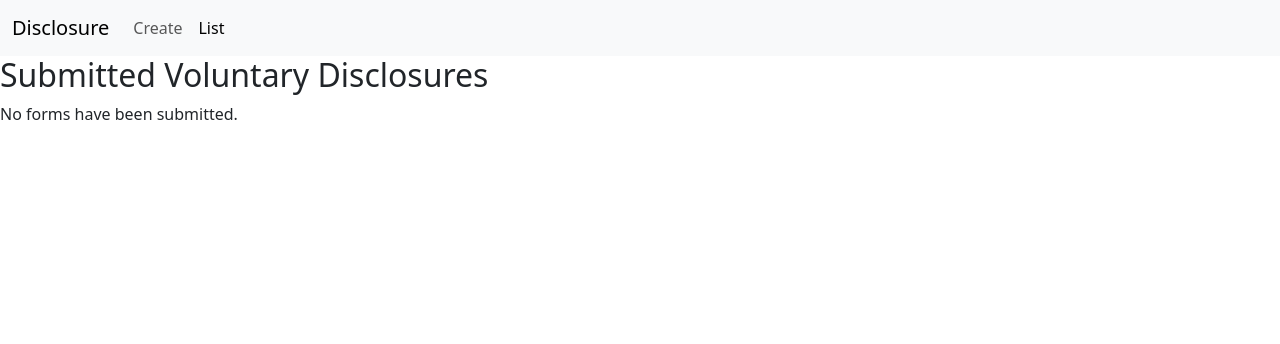
Repository: NtuthukoM/VoluntaryDisclosure
Page: /list (app in disclosures-client/)
The author's editor kept a copy of each file at every save. The page is drawn from the files as they stood at one save, then again after a run of saves.
The browser window is 1280 px wide. The pictures show the whole page.
The page's requests for data from a server got no answer. The project was rebuilt for these pictures with package versions that can differ from the ones it lists, and the page was loaded fresh each time. No one was signed in, and anything a server would have sent is missing. Also part of the build but not shown: disclosures-client/src/pages/CreateDisclosure.js, disclosures-client/src/pages/DisclosureDetails.js, disclosures-client/src/pages/DisclosureSubmitted.js.

Above is the page before, as saved 2023-05-30 20:57:56.

### disclosures-client/public/index.html
<!DOCTYPE html>
<html lang="en">
  <head>
    <meta charset="utf-8" />

    <meta name="viewport" content="width=device-width, initial-scale=1" />
    <meta name="theme-color" content="#000000" />
    <meta
      name="description"
      content="Web site created using create-react-app"
    />
    <link rel="apple-touch-icon" href="%PUBLIC_URL%/logo192.png" />
    <!--
      manifest.json provides metadata used when your web app is installed on a
      user's mobile device or desktop. See https://developers.google.com/web/fundamentals/web-app-manifest/
    -->
    <link rel="manifest" href="%PUBLIC_URL%/manifest.json" />
    <!--
      Notice the use of %PUBLIC_URL% in the tags above.
      It will be replaced with the URL of the `public` folder during the build.
      Only files inside the `public` folder can be referenced from the HTML.

      Unlike "/favicon.ico" or "favicon.ico", "%PUBLIC_URL%/favicon.ico" will
      work correctly both with client-side routing and a non-root public URL.
      Learn how to configure a non-root public URL by running `npm run build`.
    -->
    <title>React App</title>
  </head>
  <body>
    <noscript>You need to enable JavaScript to run this app.</noscript>
    <div id="root"></div>
    <!--
      This HTML file is a template.
      If you open it directly in the browser, you will see an empty page.

      You can add webfonts, meta tags, or analytics to this file.
      The build step will place the bundled scripts into the <body> tag.

      To begin the development, run `npm start` or `yarn start`.
      To create a production bundle, use `npm run build` or `yarn build`.
    -->
  </body>
</html>

### disclosures-client/src/index.js
import React from 'react';
import ReactDOM from 'react-dom/client';
import './bootstrap.css';
// import './index.css';
import App from './App';
import reportWebVitals from './reportWebVitals';

const root = ReactDOM.createRoot(document.getElementById('root'));
root.render(
  <React.StrictMode>
    <App />
  </React.StrictMode>
);

// If you want to start measuring performance in your app, pass a function
// to log results (for example: reportWebVitals(console.log))
// or send to an analytics endpoint. Learn more: https://bit.ly/CRA-vitals
reportWebVitals();

### disclosures-client/src/App.js
import logo from './logo.svg';
import {CreateDisclosures} from './pages/CreateDisclosure';
import {ListDisclosures} from './pages/ListDisclosures';
import {DisclosureDetails} from './pages/DisclosureDetails';
import {DisclosureSubmitted} from './pages/DisclosureSubmitted';
import { BrowserRouter, Routes, Route } from "react-router-dom";
import './App.css';

function App() {
  return (

      <BrowserRouter>
        <Routes>
          <Route path="/" element={<CreateDisclosures/>} />
          <Route path="/list" element={<ListDisclosures/>} />
          <Route path="/submitted" element={<DisclosureSubmitted/>} />
          <Route path="/details/:id" element={<DisclosureDetails/>} />
        </Routes>
      </BrowserRouter>
  );
}

export default App;

### disclosures-client/src/pages/ListDisclosures.js
import { useState, useEffect } from "react";
import { discloseUrl} from '../models/models';
import { Nav} from '../components/nav';
import {NavLink} from "react-router-dom"

export function ListDisclosures(){

    const [disclosures, setDisclosures] = useState([]);
    useEffect(() => {
        fetch(discloseUrl).then(x => x.json())
        .then(setDisclosures)
        .catch(exc => console.log(exc));
    }, []);
    return (
        <>
            <Nav/>
            <h2>Submitted Voluntary Disclosures</h2>
            {disclosures.length == 0 &&
                <p>No forms have been submitted.</p>
            }
            {disclosures.length > 0 && (
                <>
                <input type="text" placeholder="Search" /> <button className="btn btn-success" type="button">Go</button>
                <table className="table  table-success table-striped">
                    <thead>
                        <tr>
                            <th>Name</th>
                            <th>Email</th>
                            <th>Date submitted</th>
                            <th></th>
                        </tr>
                    </thead>
                    <tbody>
                        {disclosures.map(x => (
                        <tr key={x.id}>
                            <td>{x.fullName}</td>
                            <td>{x.email}</td>
                            <td>{x.createDate.split('T')[0]}</td>
                            <td>
                                <NavLink to={`/details/${x.id}`}>details</NavLink>
                            </td>
                        </tr>))}
                    </tbody>
                </table>
                </>
            )}
        </>
    );
}

### disclosures-client/src/App.css
.App {
  text-align: center;
}

.active {
  color: gray;
  text-decoration: none;
  cursor: default;
}

label {
  color: cadetblue;
}

.App-logo {
  height: 40vmin;
  pointer-events: none;
}

@media (prefers-reduced-motion: no-preference) {
  .App-logo {
    animation: App-logo-spin infinite 20s linear;
  }
}

.App-header {
  background-color: #282c34;
  min-height: 100vh;
  display: flex;
  flex-direction: column;
  align-items: center;
  justify-content: center;
  font-size: calc(10px + 2vmin);
  color: white;
}

.App-link {
  color: #61dafb;
}

@keyframes App-logo-spin {
  from {
    transform: rotate(0deg);
  }
  to {
    transform: rotate(360deg);
  }
}

### disclosures-client/src/models/models.js
export const discloseUrl = 'https://localhost:7163/api/Disclosures';

### disclosures-client/src/components/nav.js
import {NavLink} from "react-router-dom"

export function Nav(){
    return (
        <>
            <nav className="navbar navbar-expand-lg bg-body-tertiary">
  <div className="container-fluid">
    <a className="navbar-brand" href="#">Disclosure</a>
    <button className="navbar-toggler" type="button" data-bs-toggle="collapse" data-bs-target="#navbarNav" aria-controls="navbarNav" aria-expanded="false" aria-label="Toggle navigation">
      <span className="navbar-toggler-icon"></span>
    </button>
    <div className="collapse navbar-collapse" id="navbarNav">
      <ul className="navbar-nav">
        <li className="nav-item">
          <NavLink to="/" className={({isActive}) => isActive ? "active nav-link" : "nav-link"}>Create </NavLink>
        </li>
        <li className="nav-item">
          <NavLink to="/list" className={({isActive}) => isActive ? "active nav-link" : "nav-link"}>List </NavLink>
        </li>
      </ul>
    </div>
  </div>
</nav>
        </>
    )
}

Loaded but not shown: disclosures-client/src/bootstrap.css (library); disclosures-client/src/reportWebVitals.js (common file)

After the next 2 saves:
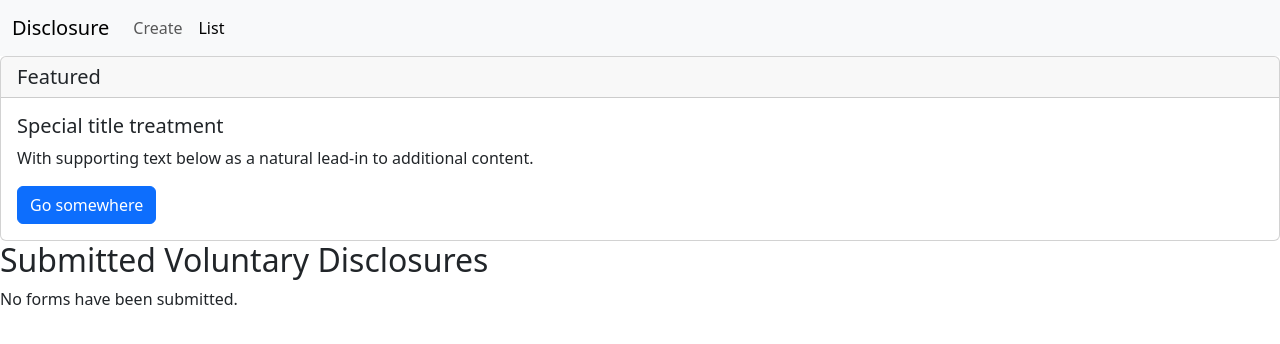
The 2 saves are shown as one change because they came seconds apart.
The last was saved 30 min 46 s later.
--- a/disclosures-client/src/pages/ListDisclosures.js
+++ b/disclosures-client/src/pages/ListDisclosures.js
@@ -14,6 +14,14 @@ export function ListDisclosures(){
     return (
         <>
             <Nav/>
+            <div class="card">
+  <h5 class="card-header">Featured</h5>
+  <div class="card-body">
+    <h5 class="card-title">Special title treatment</h5>
+    <p class="card-text">With supporting text below as a natural lead-in to additional content.</p>
+    <a href="#" class="btn btn-primary">Go somewhere</a>
+  </div>
+</div>
             <h2>Submitted Voluntary Disclosures</h2>
             {disclosures.length == 0 &&
                 <p>No forms have been submitted.</p>
